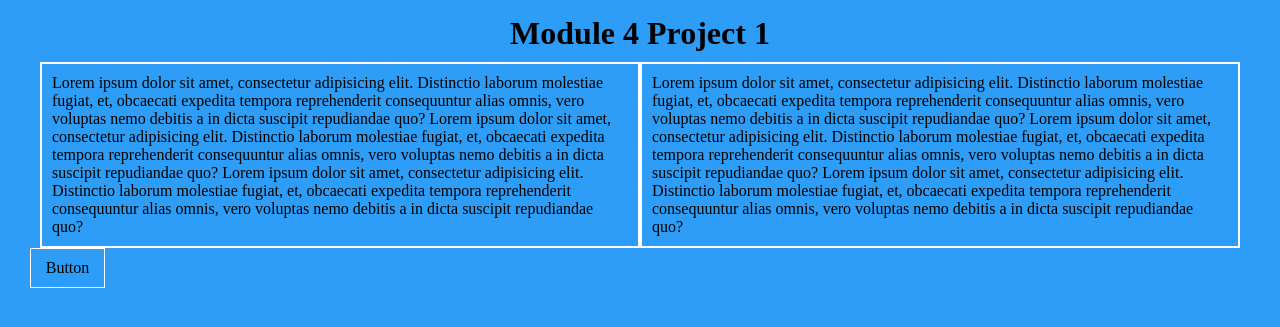
Repository: mlmEFSC21/P6-External-Style-Sheet
Page: index.html
The author's editor kept a copy of each file at every save. The page is drawn from the files as they stood at one save, then again after the next save.
The browser window is 1280 px wide. The pictures show the whole page.

Above is the page before, as saved 2022-02-09 20:27:28.

### index.html
<!DOCTYPE html>
<html lang="en">
    <head>
        <meta charset="UTF-8" />
        <meta http-equiv="X-UA-Compatible" content="IE=edge" />
        <meta name="viewport" content="width=device-width, initial-scale=1.0" />
        <link rel="stylesheet" href="Styles.css" />
        <title>External Style Sheets</title>
    </head>
    <header><h1>Module 4 Project 1</h1></header>
    <body>
        <div class="floatContainer">
            <p class="p1">
                Lorem ipsum dolor sit amet, consectetur adipisicing elit. Distinctio laborum
                molestiae fugiat, et, obcaecati expedita tempora reprehenderit consequuntur alias
                omnis, vero voluptas nemo debitis a in dicta suscipit repudiandae quo? Lorem ipsum
                dolor sit amet, consectetur adipisicing elit. Distinctio laborum molestiae fugiat,
                et, obcaecati expedita tempora reprehenderit consequuntur alias omnis, vero voluptas
                nemo debitis a in dicta suscipit repudiandae quo? Lorem ipsum dolor sit amet,
                consectetur adipisicing elit. Distinctio laborum molestiae fugiat, et, obcaecati
                expedita tempora reprehenderit consequuntur alias omnis, vero voluptas nemo debitis
                a in dicta suscipit repudiandae quo?
            </p>

            <p class="p2">
                Lorem ipsum dolor sit amet, consectetur adipisicing elit. Distinctio laborum
                molestiae fugiat, et, obcaecati expedita tempora reprehenderit consequuntur alias
                omnis, vero voluptas nemo debitis a in dicta suscipit repudiandae quo? Lorem ipsum
                dolor sit amet, consectetur adipisicing elit. Distinctio laborum molestiae fugiat,
                et, obcaecati expedita tempora reprehenderit consequuntur alias omnis, vero voluptas
                nemo debitis a in dicta suscipit repudiandae quo? Lorem ipsum dolor sit amet,
                consectetur adipisicing elit. Distinctio laborum molestiae fugiat, et, obcaecati
                expedita tempora reprehenderit consequuntur alias omnis, vero voluptas nemo debitis
                a in dicta suscipit repudiandae quo?
            </p>
        </div>
        <div class="button">Button</div>
    </body>
</html>

### Styles.css
:root {
    /* --clr-font: black; */
    --clr-background: #2e9df7;
    --clr-button: #ffc907;
}
*,
*::before,
*::after {
    margin: 0;
    padding: 0;
    box-sizing: border-box;
}
header {
    text-align: center;
}
body {
    background-color: var(--clr-background);
    color: black;
    margin: 10px 25px;
    padding: 5px;
}
div {
    padding: 10px;
}
p {
    padding: 10px;
}
.p1 {
    border: 2.5px solid white;
    float: left;
    width: 50%;
}
.p2 {
    border: 2.5px solid white;
    float: right;
    width: 50%;
}
.button {
    display: block;
    border: 1px solid white;
    width: 75px;
    text-align: center;
    clear: both;
}

After the next save:
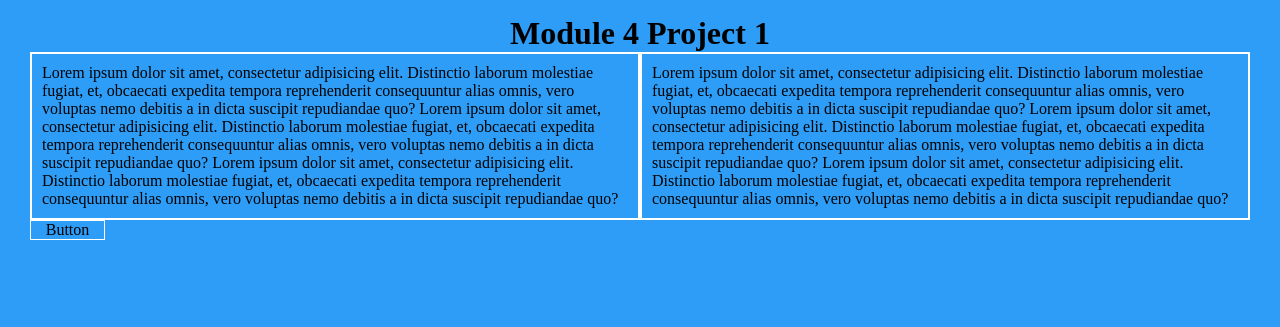
Saved 10 s later.
--- a/Styles.css
+++ b/Styles.css
@@ -20,7 +20,7 @@
     padding: 5px;
 }
 div {
-    padding: 10px;
+    /* padding: 10px; */
 }
 p {
     padding: 10px;

After the save that followed:
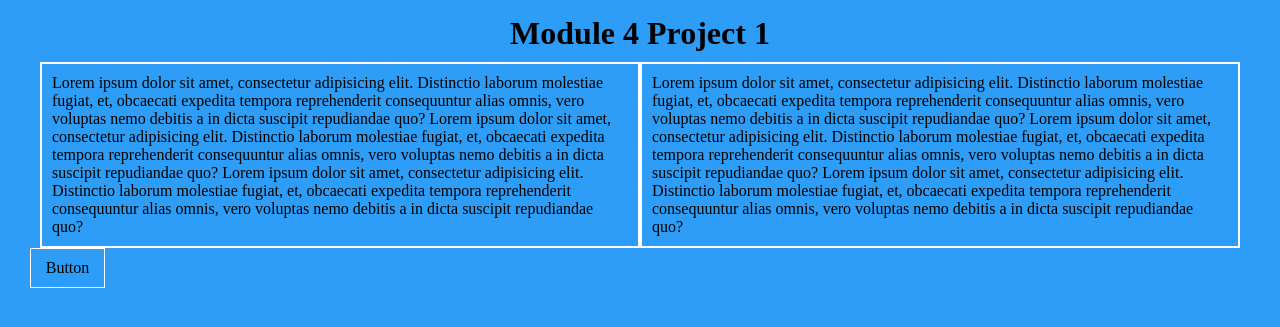
Saved 24 s later.
--- a/Styles.css
+++ b/Styles.css
@@ -20,7 +20,7 @@
     padding: 5px;
 }
 div {
-    /* padding: 10px; */
+    padding: 10px;
 }
 p {
     padding: 10px;
